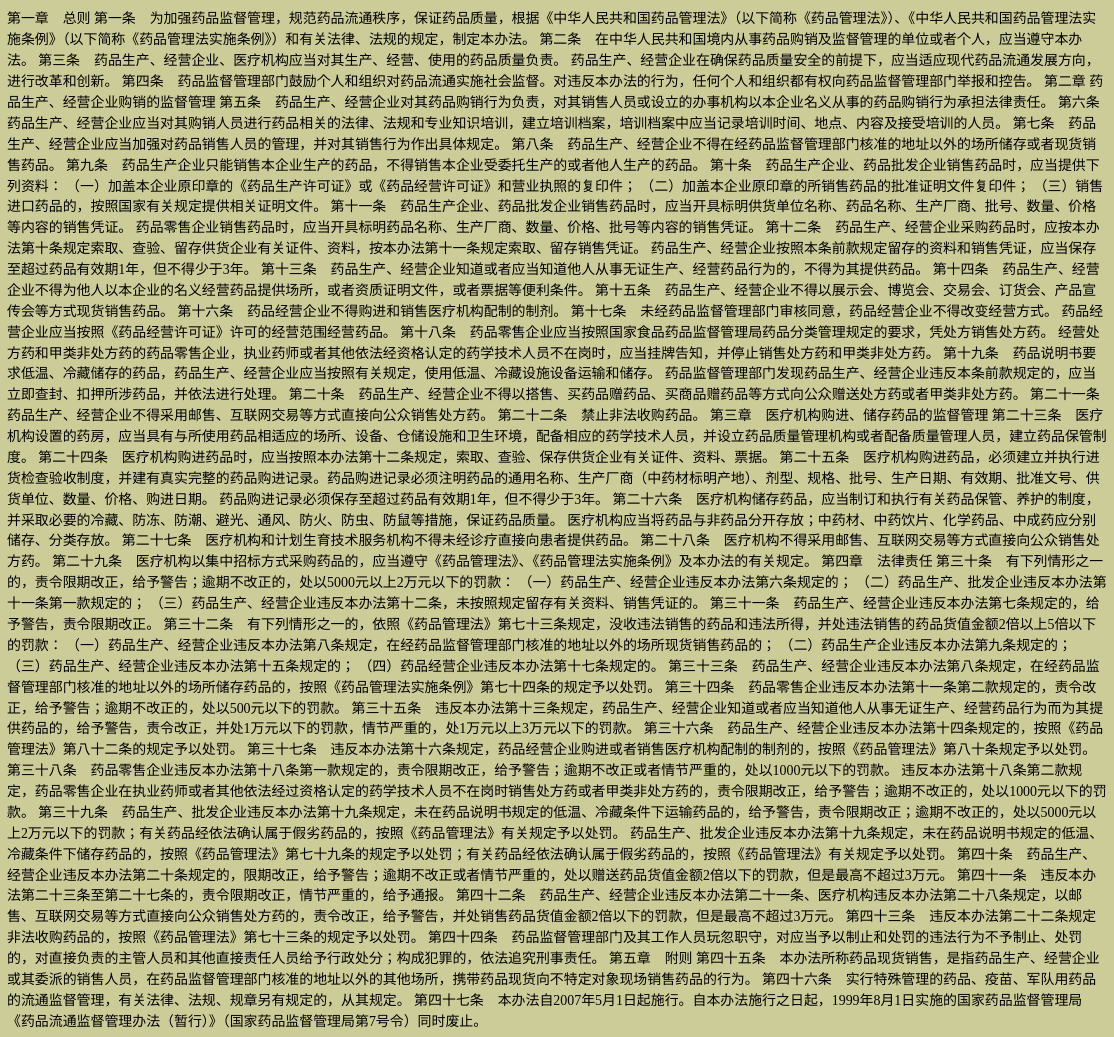
Repository: Shaoxubao/Java
Page: http://localhost/msm/jsp/rule/rules.jsp
The author's editor kept a copy of each file at every save. The page is drawn from the files as they stood at one save, then again after the next save.
The browser window is 1280 px wide. The pictures show the whole page, at 87% of full size.
The page is served by Tomcat 9. Nobody is signed in. The application's start-up code is not run.

Above is the page before, as saved 2015-06-13 17:48:50.

After the next save:
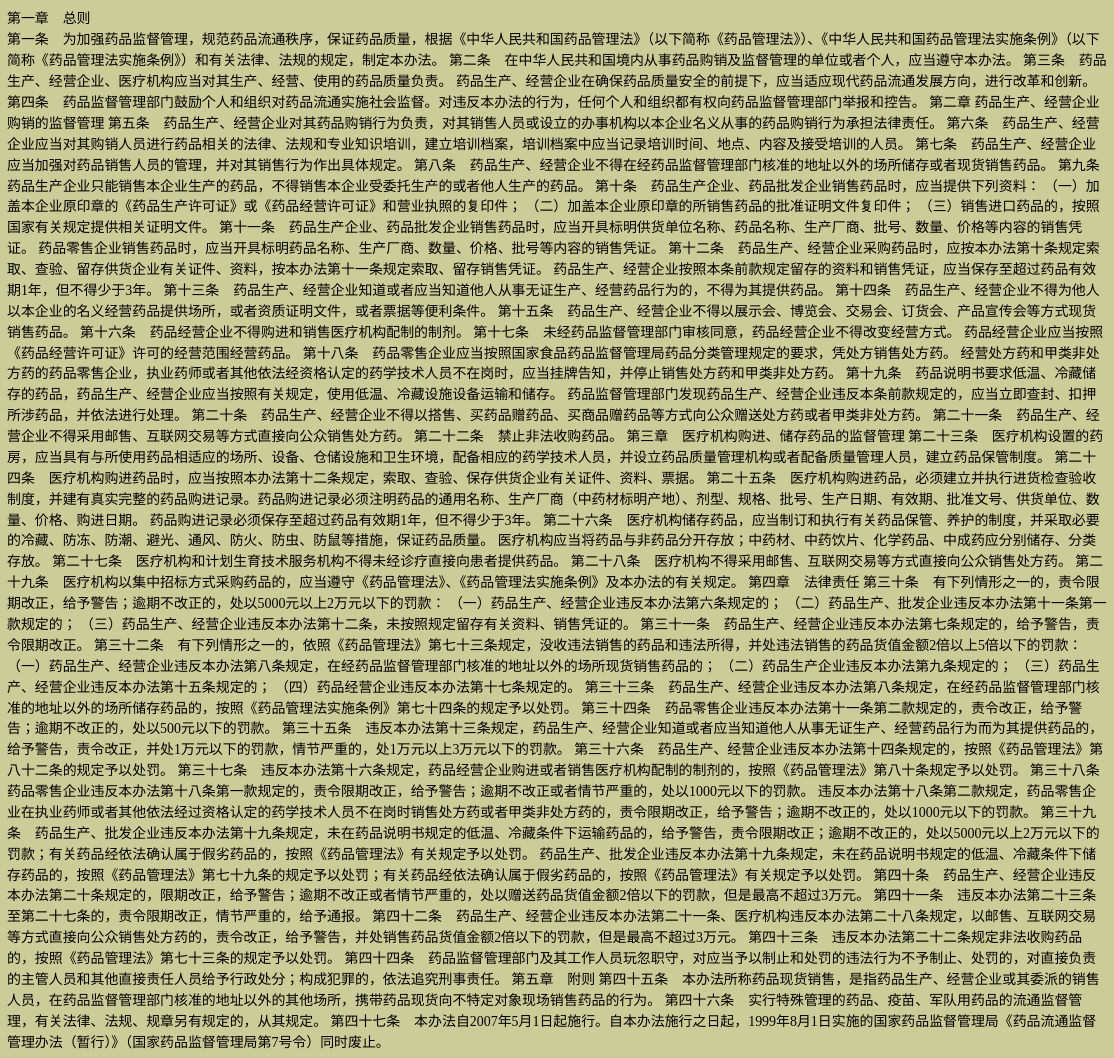
Saved 52 s later.
--- a/msm/WebContent/jsp/rule/rules.jsp
+++ b/msm/WebContent/jsp/rule/rules.jsp
@@ -7,7 +7,7 @@
 <title>Insert title here</title>
 </head>
 <body bgcolor="#CCCC99">
-第一章　总则
+第一章　总则<br>
 
 第一条　为加强药品监督管理，规范药品流通秩序，保证药品质量，根据《中华人民共和国药品管理法》（以下简称《药品管理法》）、《中华人民共和国药品管理法实施条例》（以下简称《药品管理法实施条例》）和有关法律、法规的规定，制定本办法。
 第二条　在中华人民共和国境内从事药品购销及监督管理的单位或者个人，应当遵守本办法。
